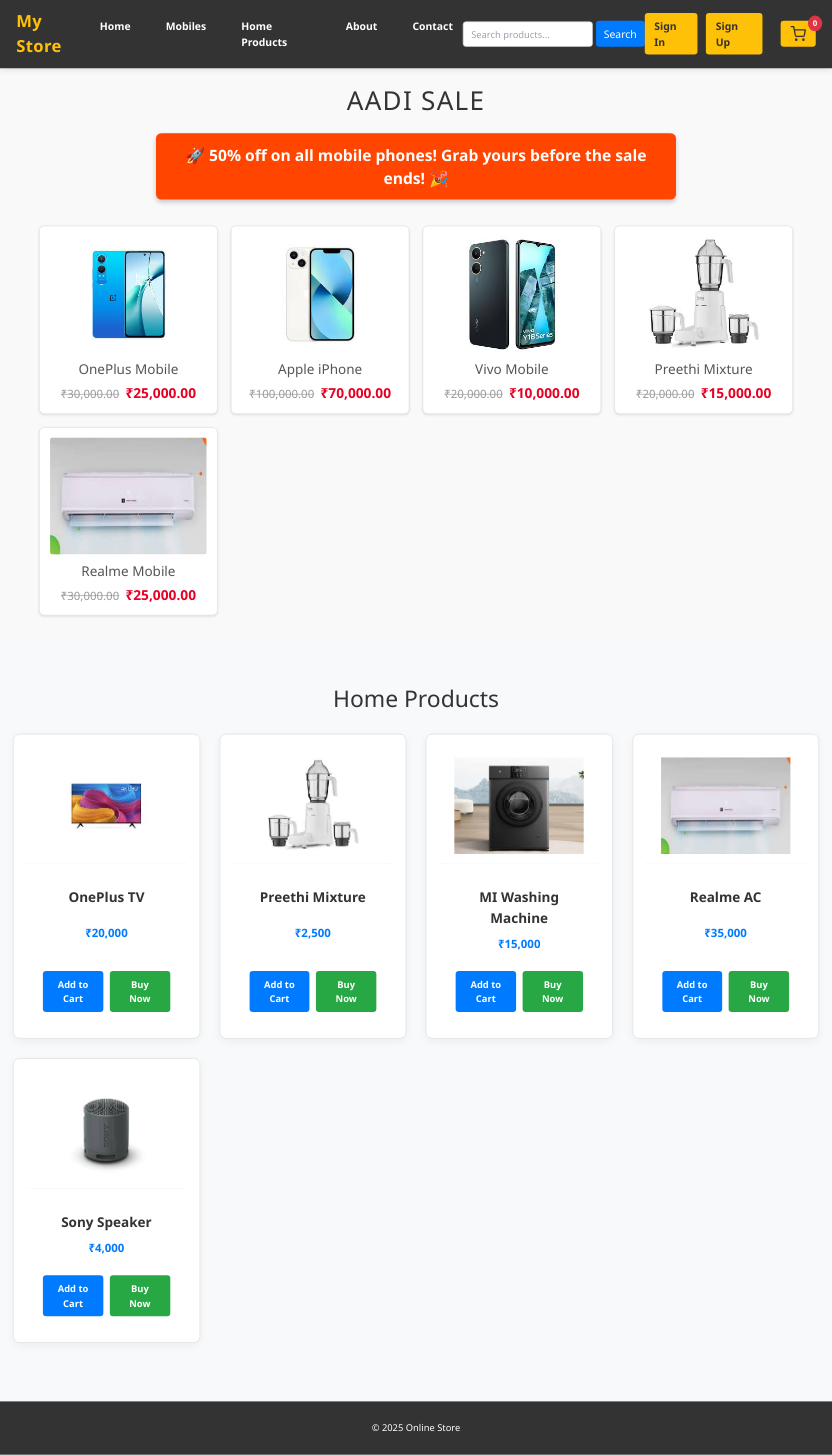
Repository: Sanjaieswaran/Ecommerce
Page: / (app in my-app/)
An editor plug-in stored every save of this project. The page is shown before and after the next save, followed by the edit.
The browser window is 1280 px wide. The pictures show the whole page, at 65% of full size.
The project was rebuilt for these pictures with package versions that can differ from the ones it lists, and the page was loaded fresh each time. Also part of the build but not shown: my-app/src/Mobiles.js, my-app/src/about.css, my-app/src/about.js, my-app/src/contact.css, my-app/src/contact.js, my-app/src/CartItem.js, my-app/src/CartSummary.js, my-app/src/components/CheckoutForm.css and 7 more.

Above is the page before, as saved 2025-09-11 10:32:25.

After the next save:
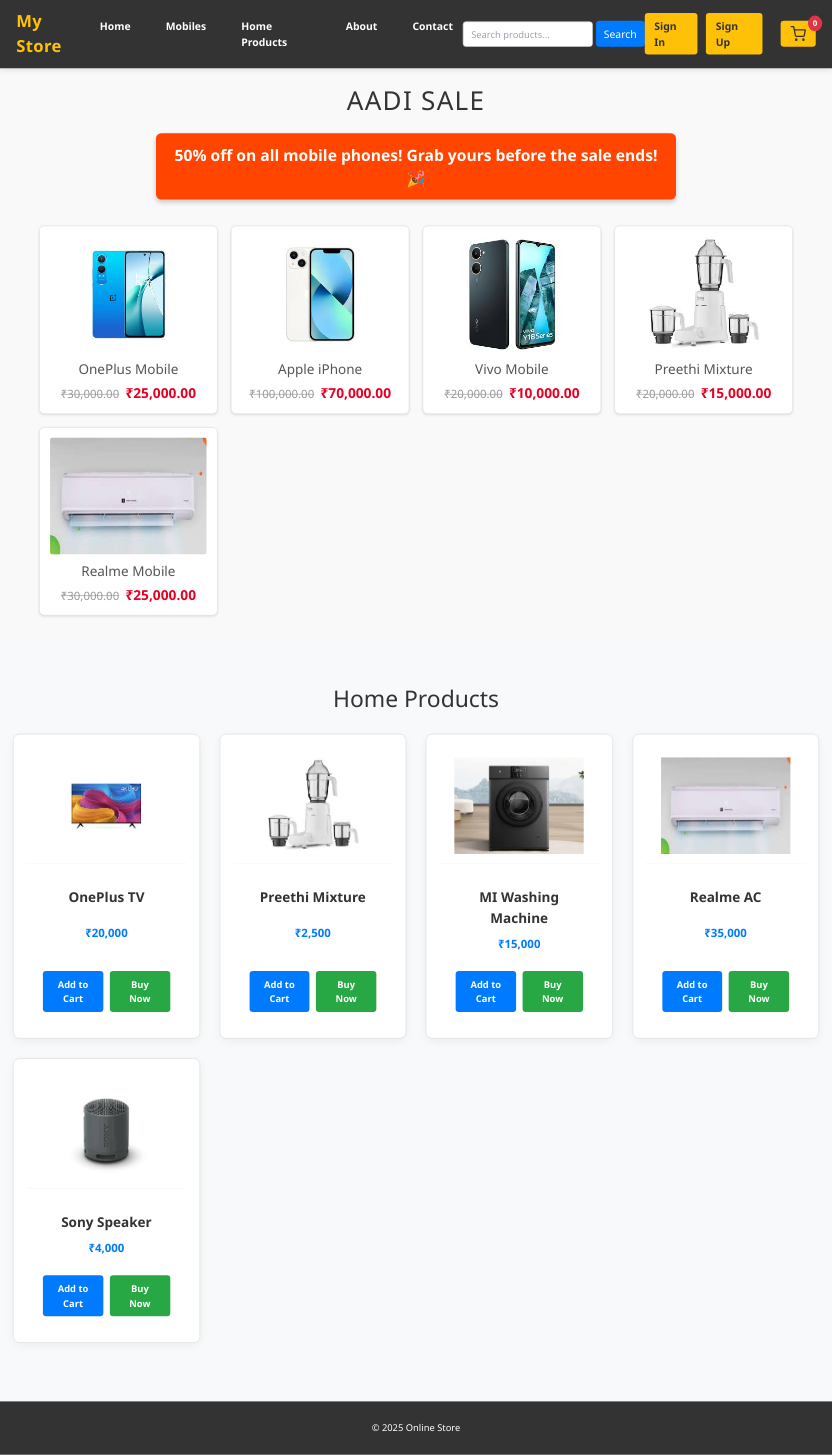
Saved 59 min 17 s later.
--- a/my-app/src/Offer.js
+++ b/my-app/src/Offer.js
@@ -7,7 +7,7 @@
     <h2>Aadi Sale</h2>
     <div className="slider-container" role="region" aria-live="polite" aria-atomic="true">
         <div className="offer-text">
-            🚀 50% off on all mobile phones! Grab yours before the sale ends! 🎉
+             50% off on all mobile phones! Grab yours before the sale ends! 🎉
         </div>
     </div>
     <div className="class-grid">
